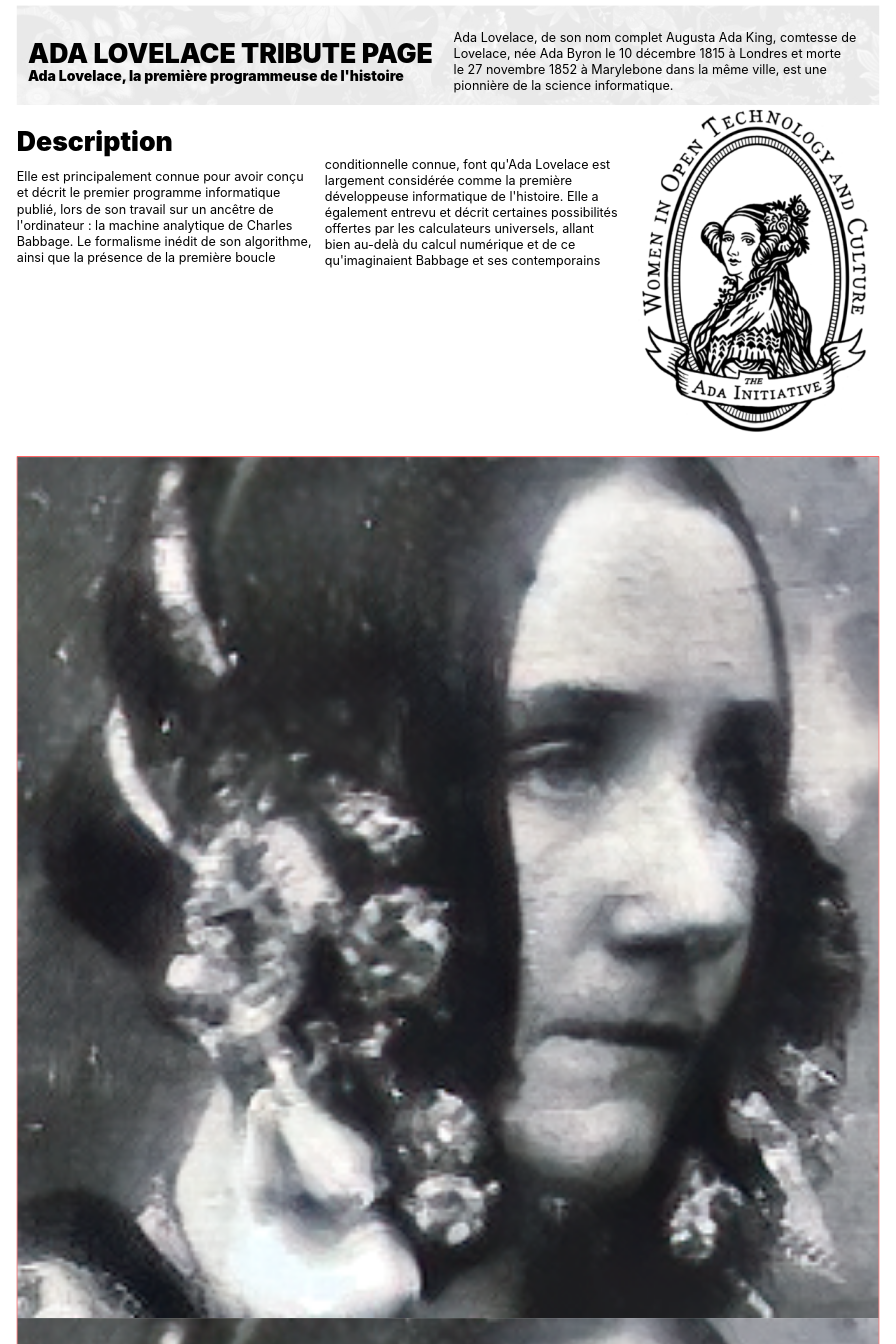
Repository: b3no1t/integration-training
Page: onepage-adalovelace/src/index.html
An editor plug-in stored every save of this project. The page is shown before and after the next save, followed by the edit.
The browser window is 1280 px wide. The pictures show the part of the page from y = 0 to 1920 px (the page is 5716 px tall before and 5628 px after), at 70% of full size.

Above is the page before, as saved 2025-01-30 09:24:16.

After the next save:
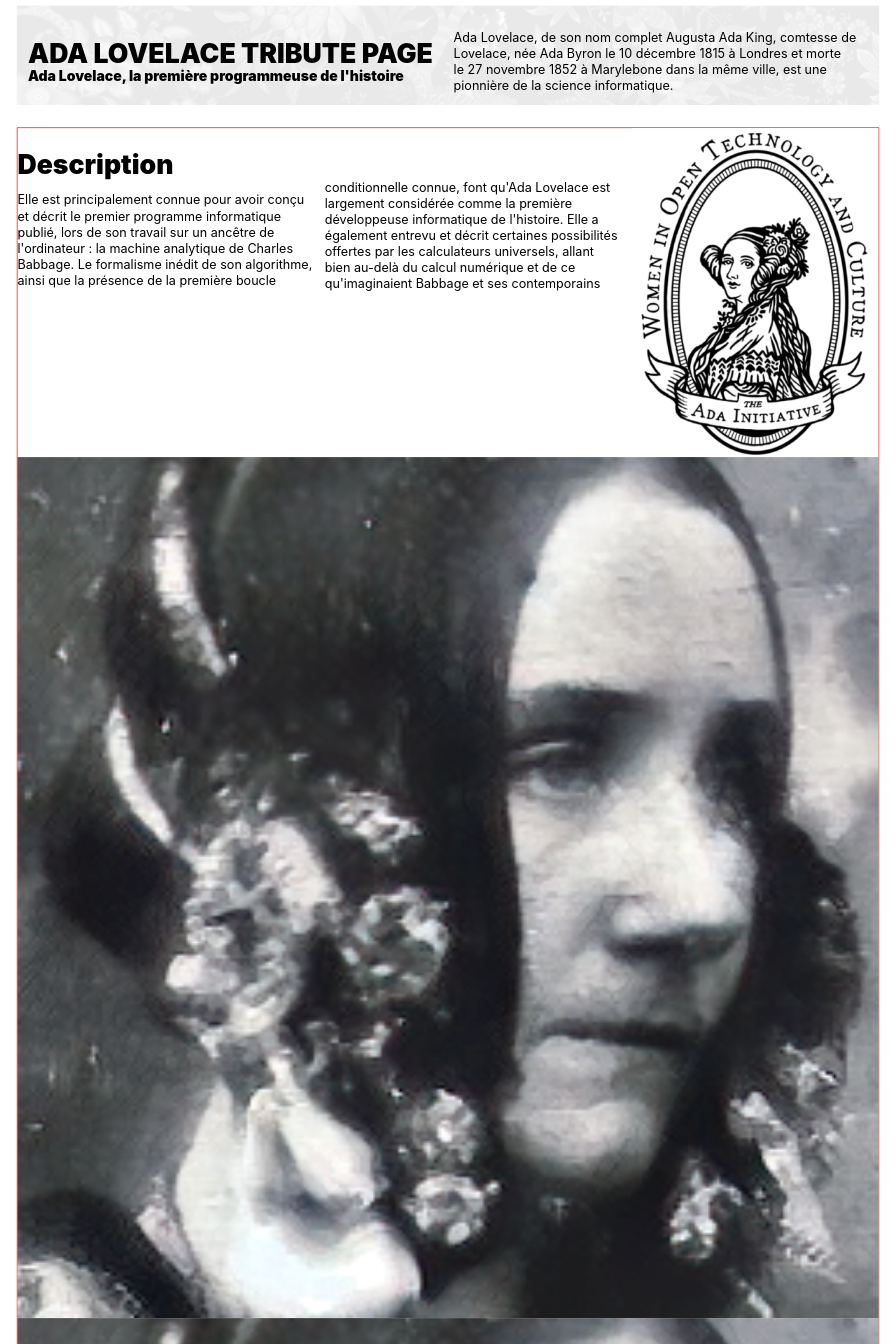
Saved 43 s later.
--- a/onepage-adalovelace/src/assets/css/_main.css
+++ b/onepage-adalovelace/src/assets/css/_main.css
@@ -13,7 +13,7 @@
   padding-inline: 1em;
 }
 
-main > * + * {
+.wrapper > * + * {
   margin-top: 2em;
   border: 1px solid red;
 }

After the save that followed:
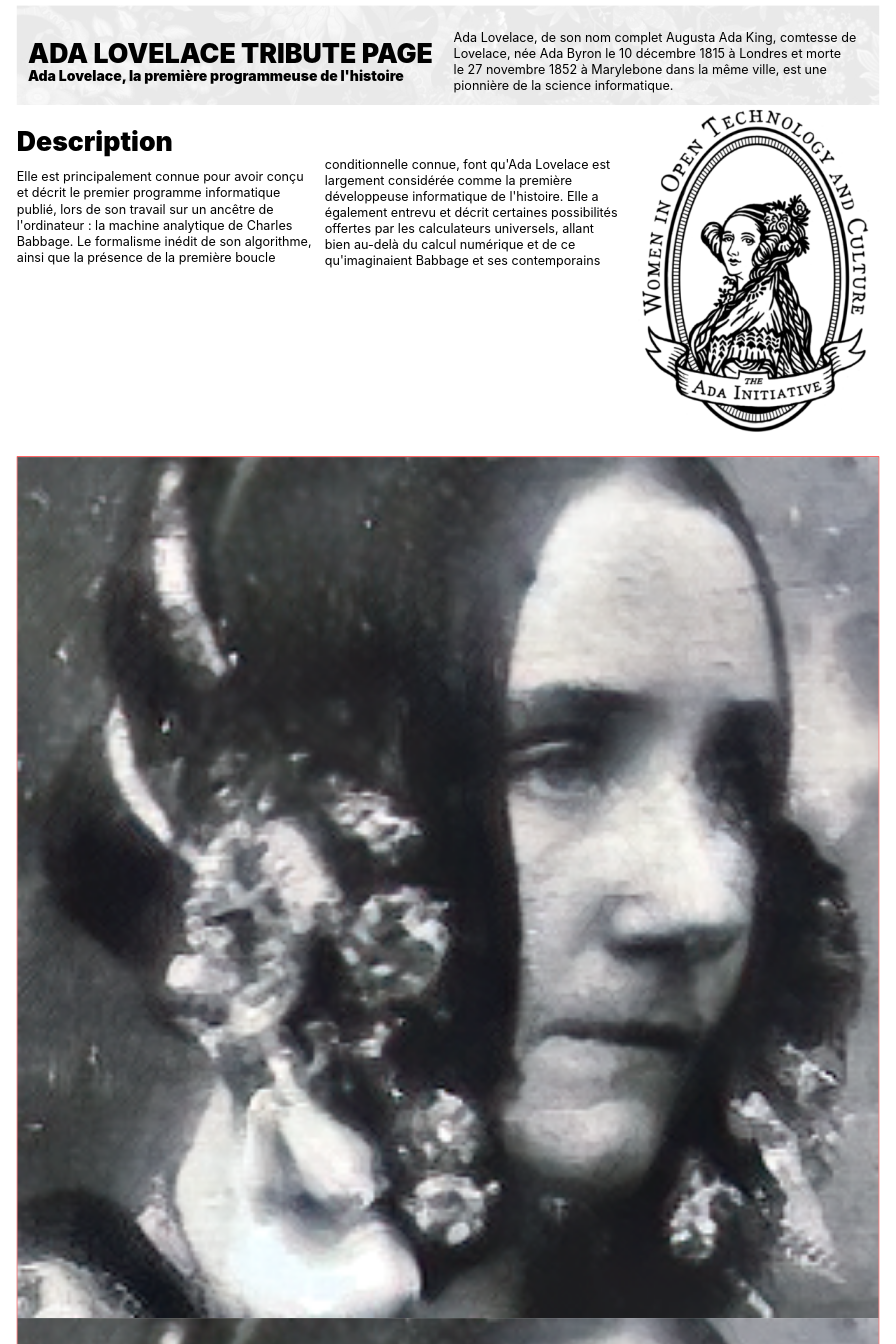
Saved 40 s later.
--- a/onepage-adalovelace/src/assets/css/_main.css
+++ b/onepage-adalovelace/src/assets/css/_main.css
@@ -13,7 +13,7 @@
   padding-inline: 1em;
 }
 
-.wrapper > * + * {
+main > * + * {
   margin-top: 2em;
   border: 1px solid red;
 }
